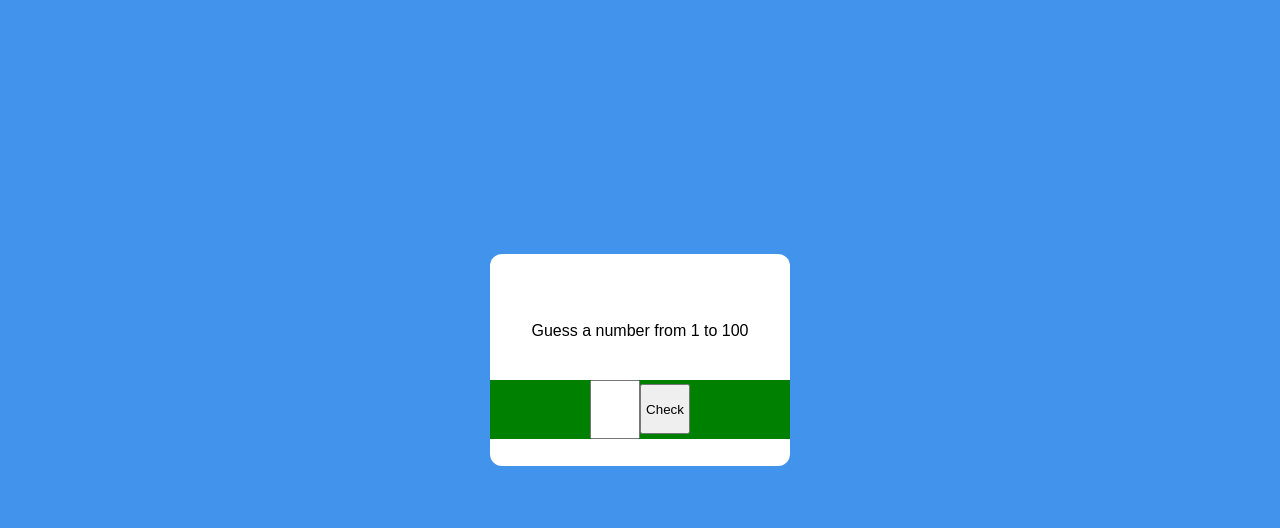
Repository: Ankitkr2021/Guess_Game
Page: index.html
The author's editor kept a copy of each file at every save. The page is drawn from the files as they stood at one save, then again after the next save.
The browser window is 1280 px wide. The pictures show the whole page.

Above is the page before, as saved 2025-09-30 17:44:36.

After the next save:
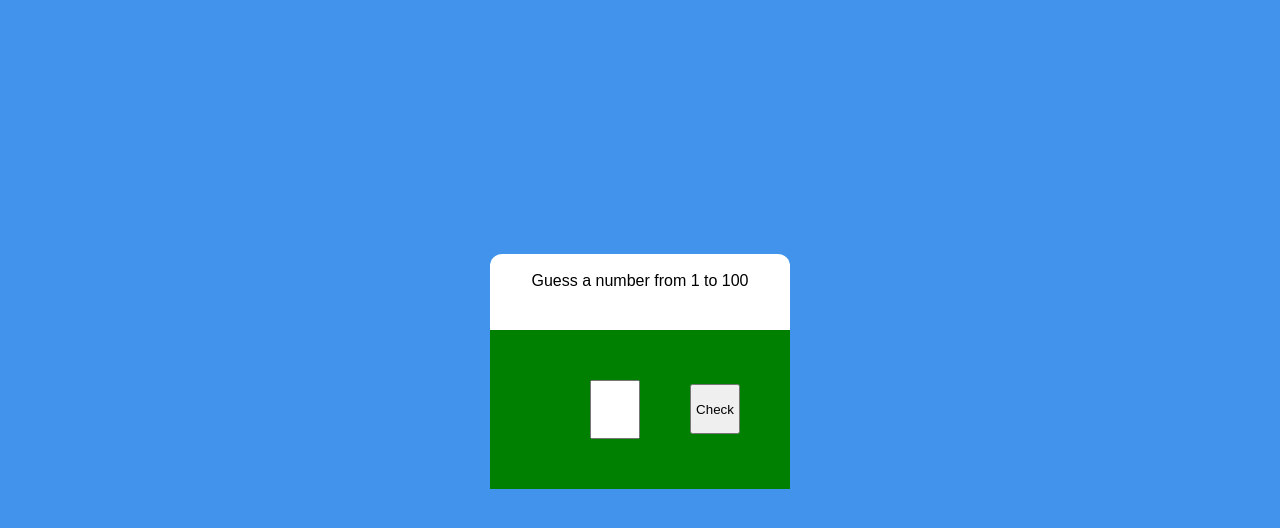
Saved 9 s later.
--- a/style.css
+++ b/style.css
@@ -42,7 +42,7 @@ p{
 }
 
 input{
-    margin-left: 0 50px;
+    margin: 50px;
     padding: 20px;
     width: 50px;
 }
